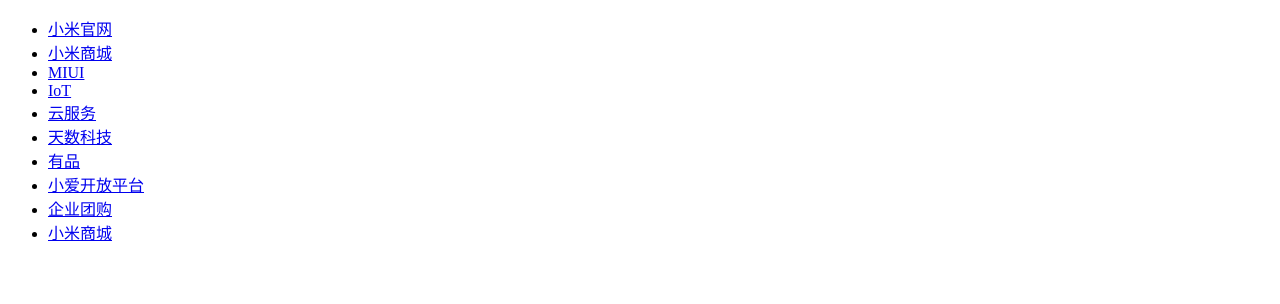
Repository: MonoYan/Mi-Homepage
Page: index.html
These files come from the project's save history. The page is drawn as it stood at one moment and after a run of saves; the edit follows.
The browser window is 1280 px wide. The pictures show the whole page.

Above is the page before, as saved 2022-11-22 16:07:08.

### index.html
<!DOCTYPE html>
<html lang="en">
<head>
    <meta charset="UTF-8">
    <meta http-equiv="X-UA-Compatible" content="IE=edge">
    <meta name="viewport" content="width=device-width, initial-scale=1.0">
    <title>
        小米商城 - Xiaomi 12、Redmi K50、MIX FOLD，小米电视官方网站
    </title>
</head>
<body>
    <!-- 黑色导航栏 -->
    <div>
        <ul>
            <li><a href="#">小米官网</a></li>
            <li><a href="#">小米商城</a></li>
            <li><a href="#">MIUI</a></li>
            <li><a href="#">IoT</a></li>
            <li><a href="#">云服务</a></li>
            <li><a href="#">天数科技</a></li>
            <li><a href="#">有品</a></li>
            <li><a href="#">小爱开放平台</a></li>
            <li><a href="#">企业团购</a></li>
            <li><a href="#">小米商城</a></li>
        </ul>
    </div>
    <!-- 站内导航 -->
    <nav>

    </nav>
    <!-- 轮播 -->
    <div>

    </div>
    <!-- 轮播下面的四个导航 -->
    <div>

    </div>
    <div>

    </div>
    <!-- main page -->
    <div>

    </div>
    <!-- footer-sever -->
    <div>

    </div>
    <!-- footer-link -->
    <div>

    </div>
    <footer>

    </footer>
</body>
</html>

After the next 2 saves:
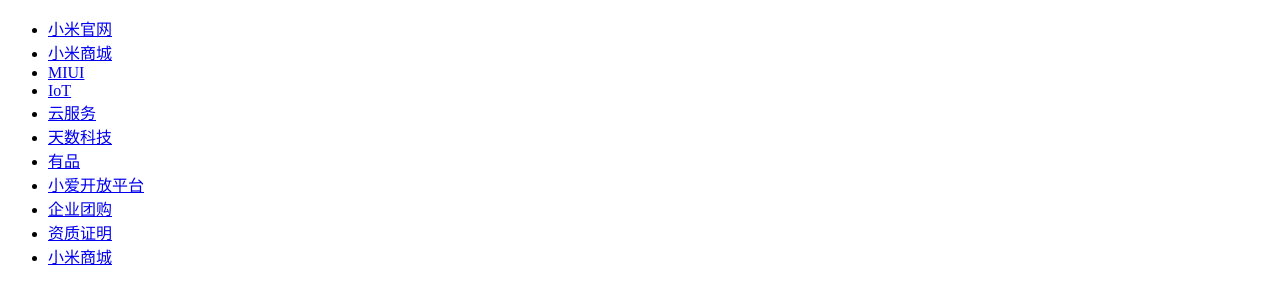
The 2 saves are shown as one change because they came seconds apart.
The last was saved 8 s later.
--- a/index.html
+++ b/index.html
@@ -21,6 +21,7 @@
             <li><a href="#">有品</a></li>
             <li><a href="#">小爱开放平台</a></li>
             <li><a href="#">企业团购</a></li>
+            <li><a href="#">资质证明</a></li>
             <li><a href="#">小米商城</a></li>
         </ul>
     </div>
